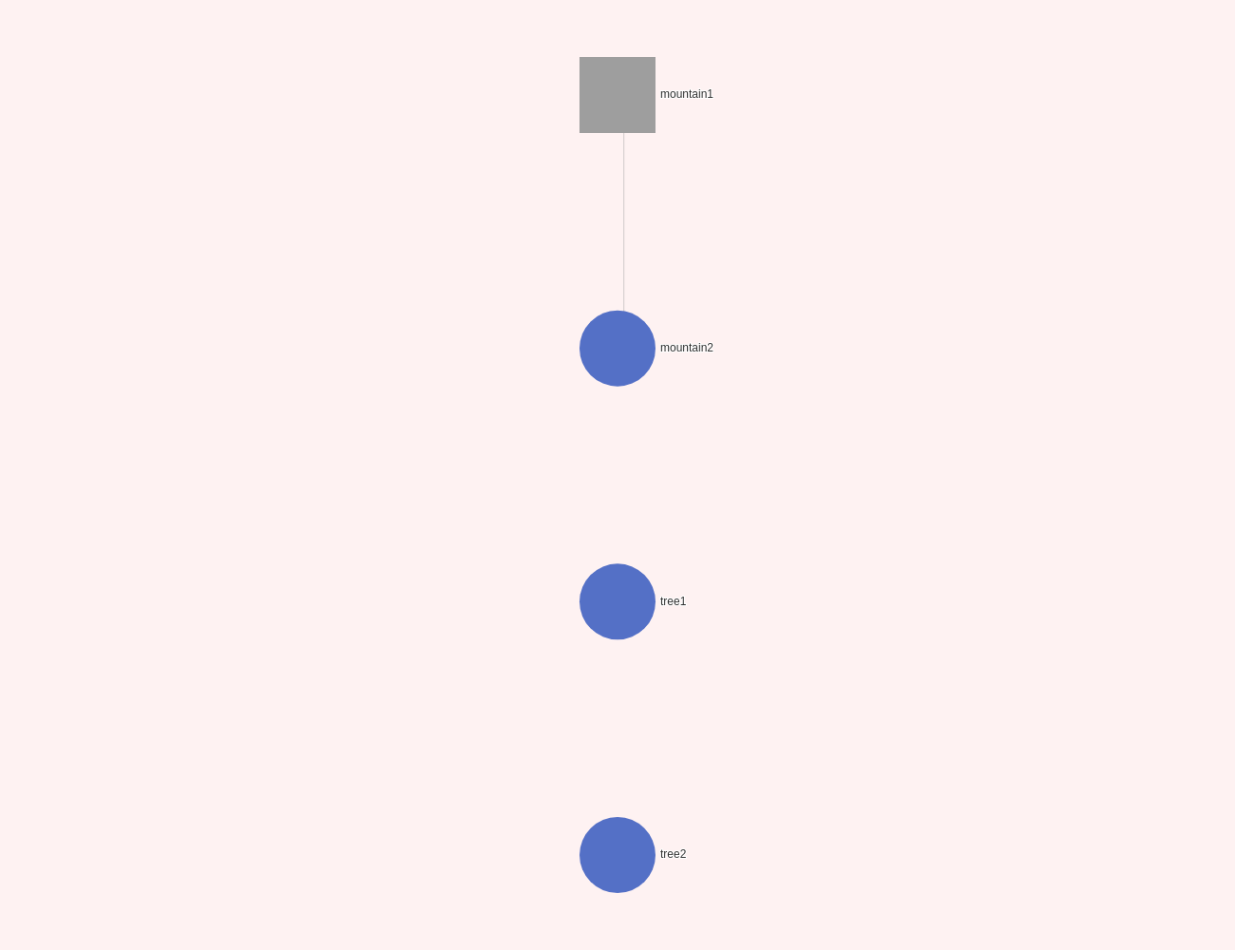
Repository: gaosth/Eyesee
Page: /link
The author's editor kept a copy of each file at every save. The page is drawn from the files as they stood at one save, then again after the next save.
The browser window is 1280 px wide. The page is 1300 px wide, so the pictures cover 1300 px, including what lies to the right of the window. The pictures show the whole page, at 95% of full size.
The project was rebuilt for these pictures with package versions that can differ from the ones it lists, and the page was loaded fresh each time. Also part of the build but not shown: vite.config.js, src/components/WelcomeItem.vue, src/components/icons/IconDocumentation.vue, src/components/icons/IconTooling.vue, src/components/icons/IconEcosystem.vue, src/components/icons/IconCommunity.vue, src/components/icons/IconSupport.vue, src/components/TheWelcome.vue and 16 more.

Above is the page before, as saved 2024-03-19 15:33:41.

After the next save:
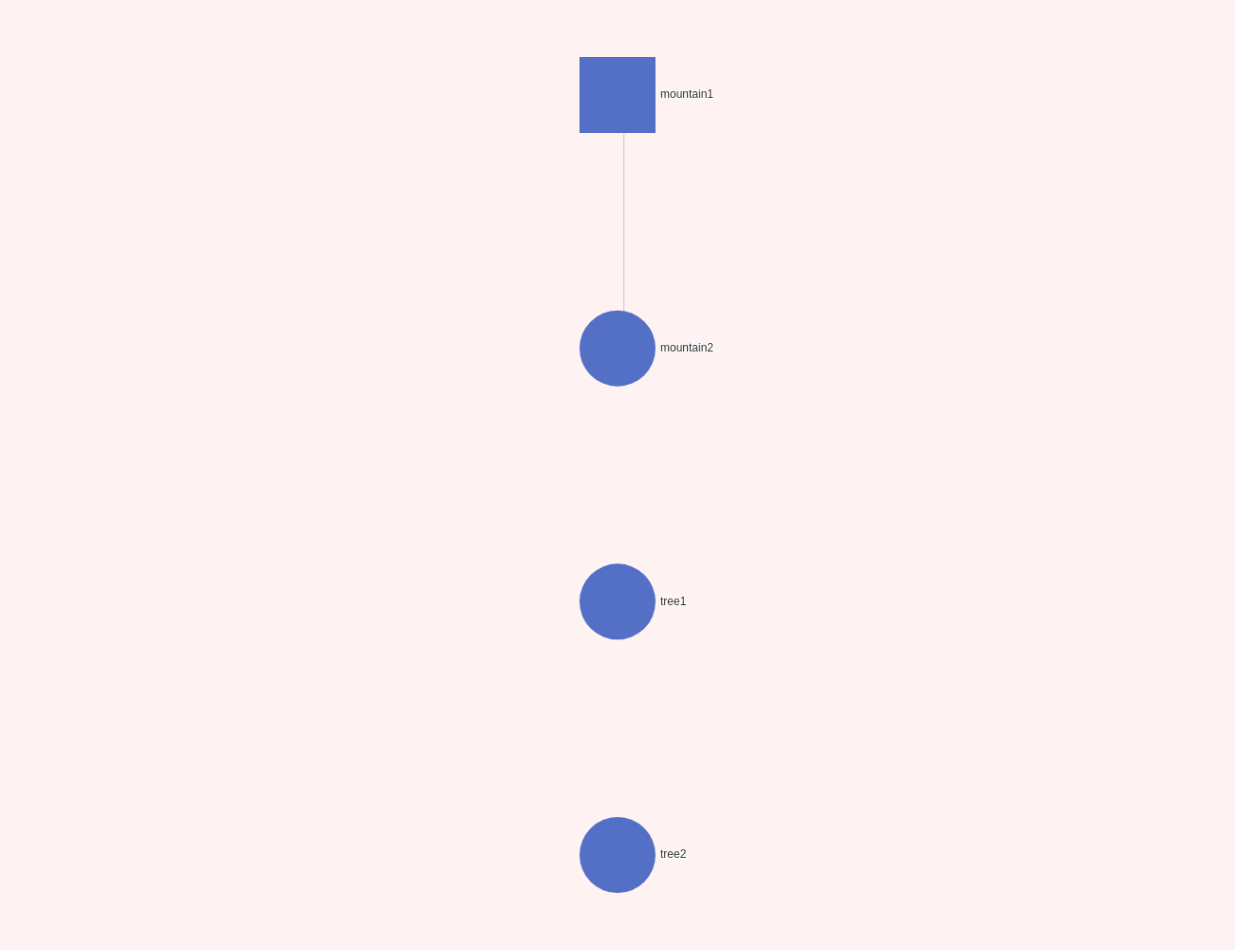
Saved 3 min 24 s later.
--- a/src/components/imgLink.vue
+++ b/src/components/imgLink.vue
@@ -20,7 +20,7 @@
                 id: '0',
                 name: 'mountain1',
                 symbolSize: 80,
-                symbol: 'image://mt1',
+                symbol: 'mt1',
                 x: 100,
                 y: 100
 
